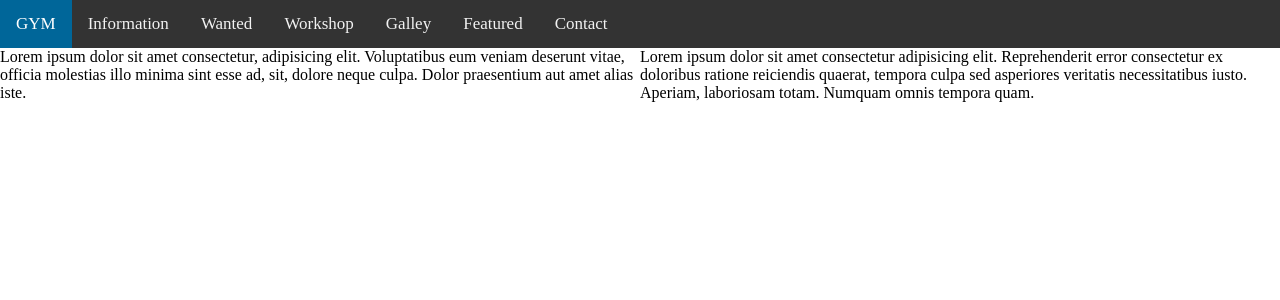
Repository: mcleanka/gym-management-system
Page: index.html
The author's editor kept a copy of each file at every save. The page is drawn from the files as they stood at one save, then again after the next save.
The browser window is 1280 px wide. The pictures show the whole page.

Above is the page before, as saved 2022-07-01 16:43:26.

After the next save:
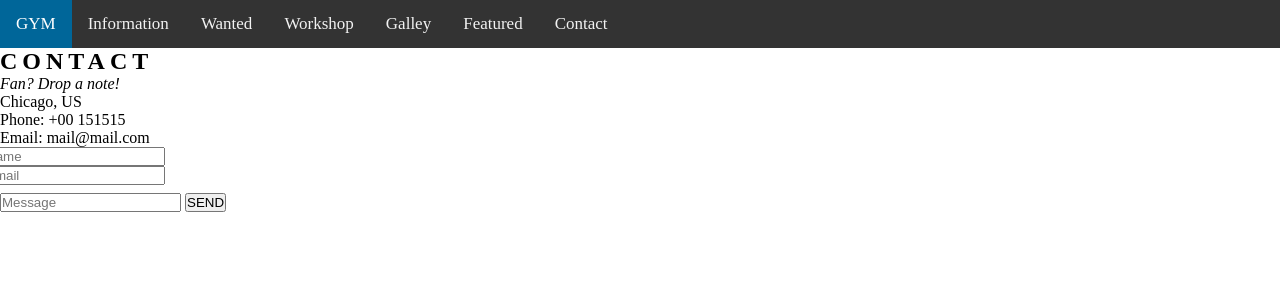
Saved 94 s later.
--- a/index.html
+++ b/index.html
@@ -28,16 +28,32 @@
 				</a>
 			</div>
 
-			<div class="row">
-				<div class="column">
-					Lorem ipsum dolor sit amet consectetur, adipisicing elit. Voluptatibus eum veniam deserunt vitae,
-					officia molestias illo minima sint esse ad, sit, dolore neque culpa. Dolor praesentium aut amet
-					alias iste.
-				</div>
-				<div class="column">
-					Lorem ipsum dolor sit amet consectetur adipisicing elit. Reprehenderit error consectetur ex
-					doloribus ratione reiciendis quaerat, tempora culpa sed asperiores veritatis necessitatibus iusto.
-					Aperiam, laboriosam totam. Numquam omnis tempora quam.
+			<div class="w3-container w3-content w3-padding-64" style="max-width:800px" id="contact">
+				<h2 class="w3-wide w3-center">CONTACT</h2>
+				<p class="w3-opacity w3-center"><i>Fan? Drop a note!</i></p>
+				<div class="w3-row w3-padding-32">
+					<div class="w3-col m6 w3-large w3-margin-bottom">
+						<i class="fa fa-map-marker" style="width:30px"></i> Chicago, US<br>
+						<i class="fa fa-phone" style="width:30px"></i> Phone: +00 151515<br>
+						<i class="fa fa-envelope" style="width:30px"> </i> Email: mail@mail.com<br>
+					</div>
+					<div class="w3-col m6">
+						<form action="/action_page.php" target="_blank">
+							<div class="w3-row-padding" style="margin:0 -16px 8px -16px">
+								<div class="w3-half">
+									<input class="w3-input w3-border" type="text" placeholder="Name" required=""
+										name="Name">
+								</div>
+								<div class="w3-half">
+									<input class="w3-input w3-border" type="text" placeholder="Email" required=""
+										name="Email">
+								</div>
+							</div>
+							<input class="w3-input w3-border" type="text" placeholder="Message" required=""
+								name="Message">
+							<button class="w3-button w3-black w3-section w3-right" type="submit">SEND</button>
+						</form>
+					</div>
 				</div>
 			</div>
 		</div>

After the save that followed:
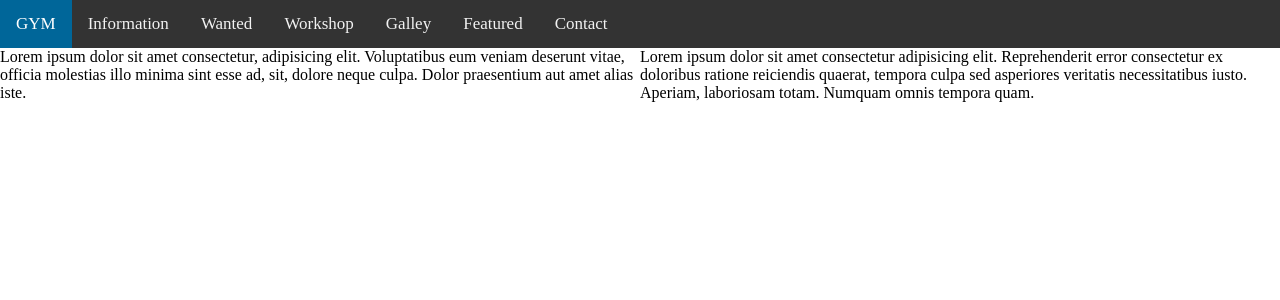
Saved 13 s later.
--- a/index.html
+++ b/index.html
@@ -28,32 +28,16 @@
 				</a>
 			</div>
 
-			<div class="w3-container w3-content w3-padding-64" style="max-width:800px" id="contact">
-				<h2 class="w3-wide w3-center">CONTACT</h2>
-				<p class="w3-opacity w3-center"><i>Fan? Drop a note!</i></p>
-				<div class="w3-row w3-padding-32">
-					<div class="w3-col m6 w3-large w3-margin-bottom">
-						<i class="fa fa-map-marker" style="width:30px"></i> Chicago, US<br>
-						<i class="fa fa-phone" style="width:30px"></i> Phone: +00 151515<br>
-						<i class="fa fa-envelope" style="width:30px"> </i> Email: mail@mail.com<br>
-					</div>
-					<div class="w3-col m6">
-						<form action="/action_page.php" target="_blank">
-							<div class="w3-row-padding" style="margin:0 -16px 8px -16px">
-								<div class="w3-half">
-									<input class="w3-input w3-border" type="text" placeholder="Name" required=""
-										name="Name">
-								</div>
-								<div class="w3-half">
-									<input class="w3-input w3-border" type="text" placeholder="Email" required=""
-										name="Email">
-								</div>
-							</div>
-							<input class="w3-input w3-border" type="text" placeholder="Message" required=""
-								name="Message">
-							<button class="w3-button w3-black w3-section w3-right" type="submit">SEND</button>
-						</form>
-					</div>
+			<div class="row">
+				<div class="column">
+					Lorem ipsum dolor sit amet consectetur, adipisicing elit. Voluptatibus eum veniam deserunt vitae,
+					officia molestias illo minima sint esse ad, sit, dolore neque culpa. Dolor praesentium aut amet
+					alias iste.
+				</div>
+				<div class="column">
+					Lorem ipsum dolor sit amet consectetur adipisicing elit. Reprehenderit error consectetur ex
+					doloribus ratione reiciendis quaerat, tempora culpa sed asperiores veritatis necessitatibus iusto.
+					Aperiam, laboriosam totam. Numquam omnis tempora quam.
 				</div>
 			</div>
 		</div>
